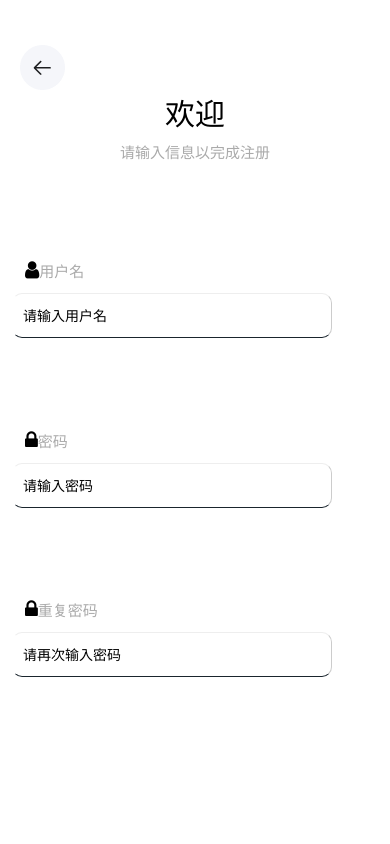
Repository: eyebone/barManager
Screen: /sign
These files come from the project's save history. The screen is drawn as it stood at one moment and after the next save; the edit follows.
The app was drawn by React Native's web renderer in a window 390 px wide. The project was rebuilt for these pictures with package versions that can differ from the ones it lists, and the page was loaded fresh each time. Some packages were replaced by stand-ins written for this rebuild. Also part of the build but not shown: components/EmojiPicker.js, components/Button.js, components/ImageViewer.js, components/circleButton.js, components/IconButton.js, view/ViewOne.js, view/Main.js.

Above is the screen before, as saved 2023-06-26 16:46:39.

After the next save:
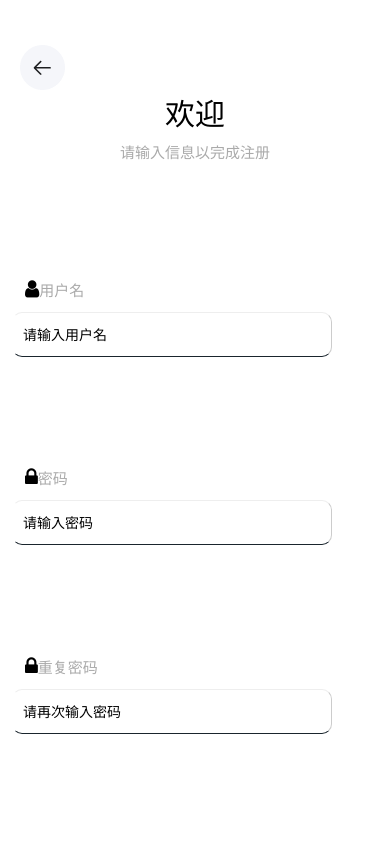
Saved 9 s later.
--- a/view/Sign.js
+++ b/view/Sign.js
@@ -87,15 +87,7 @@ export function SignView({ navigation }) {
       end={{ x: 1, y: 1 }}
       colors={["#5c0b82", "#480965", "#190641", "#070320", "#000000"]}
       style={styles.linearGradient}></LinearGradient> */}
-      <Pressable
 
-        onPress={() => {
-          navigation.push("Main");
-          createTwoButtonAlert();
-        }}
-      >
-        <Text style={styles.regText}>注册</Text>
-      </Pressable>
     </View>
   );
 }
